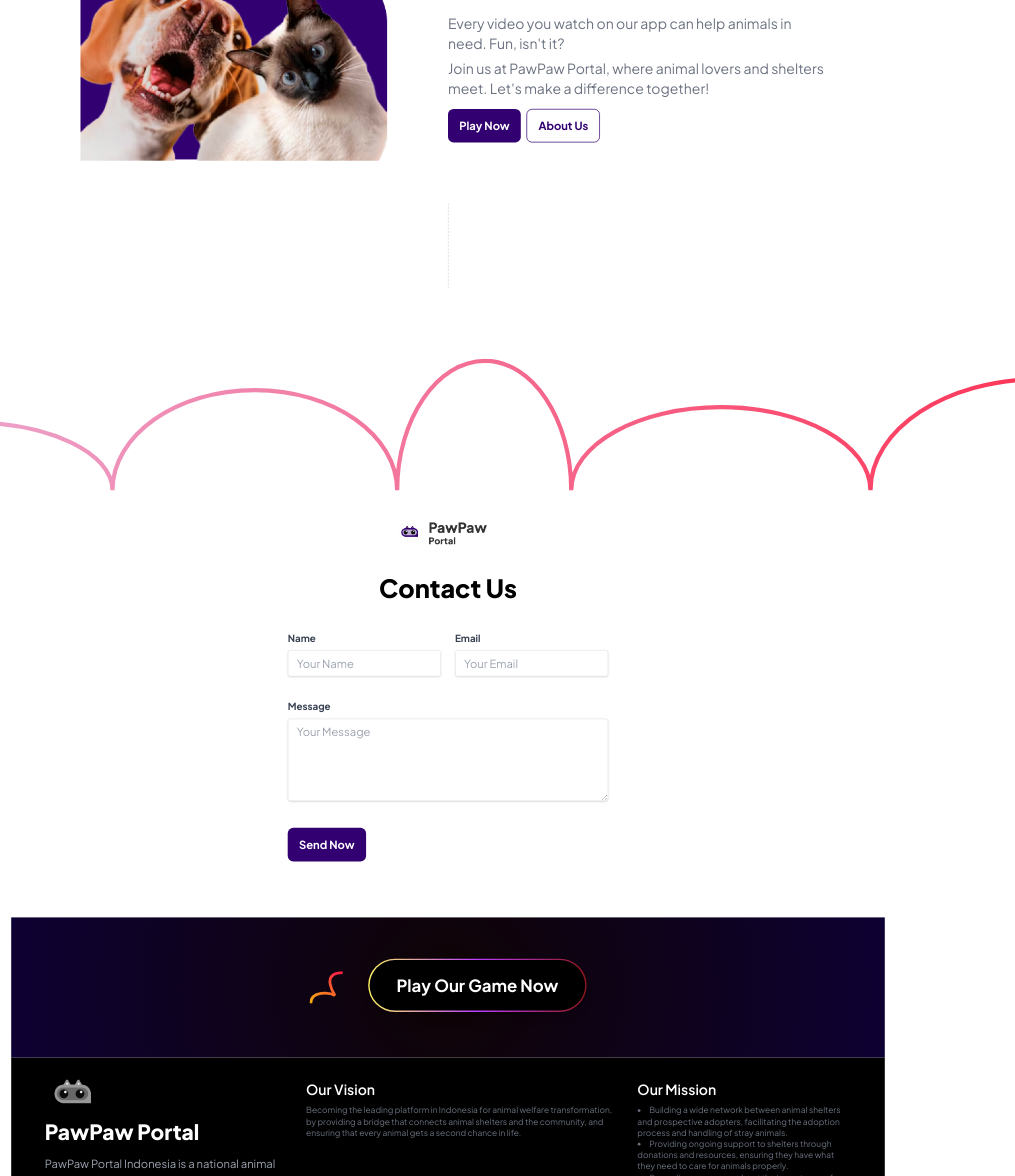
Repository: paskasiregar/pawpawwebsite
Page: /
These files come from the project's save history. The page is drawn as it stood at one moment and after the next save; the edit follows.
The browser window is 1280 px wide. The page is 1450 px wide, so the pictures cover 1450 px, including what lies to the right of the window. The pictures show the part of the page from y = 1332 to 3012 px (the page is 3210 px tall), at 70% of full size.
The project was rebuilt for these pictures with package versions that can differ from the ones it lists, and the page was loaded fresh each time. The framework's server and built-in components were replaced by stand-ins that run in the browser. Also part of the build but not shown: next.config.js, next.config.mjs.

Above is the page before, as saved 2024-07-31 20:09:03.

### src/app/layout.js
import { Inter } from "next/font/google";
import "./globals.css";

const inter = Inter({ subsets: ["latin"] });

export const metadata = {
  title: "PawPaw Portal | Your One-Stop Shelter",
  description: "Your One-Stop Shelter",
};

export default function RootLayout({ children }) {
  return (
    <html lang="en">
      <body className={inter.className}>{children}</body>
    </html>
  );
}

### src/app/globals.css
@import url("https://fonts.googleapis.com/css2?family=Plus+Jakarta+Sans:wght@400;600;700;800&display=swap");

@tailwind base;
@tailwind components;
@tailwind utilities;

body {
  font-family: "Plus Jakarta Sans", sans-serif;
}

.hero-bg {
  display: flex;
  background: radial-gradient(
    circle,
    rgb(204, 188, 230) 10%,
    rgb(255, 255, 255) 50%
  );
}

.cta-container {
  display: flex;
  justify-content: center;
  align-items: center;
  position: relative;
  background: radial-gradient(circle, rgb(14, 4, 4) 0%, rgb(14, 1, 51) 100%);
  padding: 20px;
  gap: 20px;
  min-height: 200px;
}

.cta-button {
  display: inline-block;
  padding: 20px 40px;
  font-size: 24px;
  font-weight: bold;
  color: white;
  background: black;
  border-radius: 40px;
  position: relative;
  z-index: 1;
  overflow: hidden;
  transition: all 0.3s ease;
  text-align: center;
}

.cta-button::before {
  content: "";
  position: absolute;
  top: -2px;
  left: -2px;
  right: -2px;
  bottom: -2px;
  background: linear-gradient(
    90deg,
    rgb(255, 244, 97) 0%,
    rgb(187, 61, 255) 50%,
    rgb(142, 23, 23) 100%
  );
  z-index: -1;
  border-radius: inherit;
}

.cta-button::after {
  content: "";
  position: absolute;
  top: 2px;
  left: 2px;
  right: 2px;
  bottom: 2px;
  background: black;
  z-index: -1;
  border-radius: inherit;
}

.cta-button:hover {
  color: rgb(237, 246, 133);
  background: white;
}

.footer-bg {
  background: radial-gradient(circle, rgb(14, 4, 4) 0%, rgb(14, 1, 51) 100%);
  color: white;
  text-align: center;
  padding: 20px;
}

.centeredcontainer {
  width: 100vw;
  height: auto;
}

.main-container {
  width: 100%;
  max-width: 1200px;
  margin: 0 auto;
  padding: 0 20px;
}
.header-content {
  display: flex;
  flex-direction: row;
  align-items: center;
  justify-content: space-between;
}

.header-logo-button {
  display: flex;
  flex-direction: row;
  align-items: center;
  gap: 16px; /* Adjust spacing as needed */
}

html {
  scroll-behavior: smooth;
}

### src/components/contact.jsx
import React from "react";
import PrimaryButton from "@/components/primaryButton";
import NameInput from "./nameInput";
import EmailInput from "./emailInput";
import MessageInput from "./mesageInput";
import Image from "next/image";
import logoHeaderImage from "../assets/banner-10.png";

export const Contact = () => {
  return (
    <div className="font-plus-jakarta flex flex-col items-center justify-center py-16 px-4 md:px-[200px] gap-[40px] text-29xl">
      <div className="flex justify-start items-start">
        <svg
          width="1620"
          height="188"
          viewBox="0 0 1620 188"
          fill="none"
          xmlns="http://www.w3.org/2000/svg"
        >
          <path
            d="M1891 188C1891 100.375 1784.67 29.342 1653.5 29.342C1522.34 29.342 1413.53 100.375 1413.53 188C1413.53 122.37 1317.84 69.158 1199.78 69.158C1081.72 69.158 986.029 122.362 986.029 188C986.029 85.8274 930.825 3 862.735 3C794.645 3 737.369 85.8274 737.369 188C737.369 108.853 646.33 44.6865 534.029 44.6865C421.728 44.6865 330.689 108.853 330.689 188C330.689 134.381 239.649 90.9105 127.349 90.9105C15.0481 90.9105 -76 134.381 -76 188"
            stroke="url(#paint0_linear_545_35799)"
            strokeWidth="6"
            strokeMiterlimit="10"
            strokeLinejoin="bevel"
          />
          <defs>
            <linearGradient
              id="paint0_linear_545_35799"
              x1="-84.5283"
              y1="91.1699"
              x2="1899.52"
              y2="91.1699"
              gradientUnits="userSpaceOnUse"
            >
              <stop offset="0.0224" stopColor="#EBADD7" />
              <stop offset="1" stopColor="#FF2445" />
            </linearGradient>
          </defs>
        </svg>
      </div>
      <Image
        className="w-36 h-10 object-cover"
        alt="Logo"
        src={logoHeaderImage}
        width={120}
        height={20}
      />
      <div className="text-4xl font-extrabold">Contact Us</div>
      <form
        method="post"
        action="https://app.loops.so/api/newsletter-form/YOUR_FORM_ENDPOINT"
      >
        <div className="w-full flex flex-col items-start gap-[16px] text-base text-light-l800 font-regular-reg-2">
          <div className="w-full flex flex-col md:flex-row gap-[20px]">
            <div className="w-full md:w-1/2">
              <label
                htmlFor="name"
                className="block text-sm font-medium text-gray-700"
              ></label>
              <NameInput className="w-full" id="name" name="name" />
            </div>
            <div className="w-full md:w-1/2">
              <label
                htmlFor="email"
                className="block text-sm font-medium text-gray-700"
              ></label>
              <EmailInput className="w-full" id="email" name="email" />
            </div>
          </div>
          <div className="w-full">
            <label
              htmlFor="message"
              className="block text-sm font-medium text-gray-700"
            ></label>
            <MessageInput className="w-full" id="message" name="message" />
          </div>
        </div>
        <div className="mt-4">
          <PrimaryButton type="submit">Send Now</PrimaryButton>
        </div>
      </form>
    </div>
  );
};

export default Contact;

### src/components/divider.jsx
export const Divider = () => {
  return (
    <div className="self-stretch h-[195px] flex flex-row items-center justify-center py-16 px-[130px] box-border">
      <div className="w-px relative box-border h-[121px] border-r-[1px] border-dashed border-gray-300" />
    </div>
  );
};

### src/components/header.jsx
import Link from "next/link";
import PrimaryButton from "@/components/primaryButton";
import React from "react";
import Image from "next/image";
import logoHeaderImage from "../assets/banner-10.png";

export const Header = () => {
  return (
    <div className="font-plus-jakarta w-full flex flex-col items-center justify-center text-left text-gray-500">
      <div className="self-stretch bg-white flex flex-col items-center justify-center text-sm">
        <div className="w-full header-content p-2.5 box-border">
          <Link href="/">
            <Image
              className="w-36 h-10 object-cover"
              alt="Logo"
              src={logoHeaderImage}
              width={120}
              height={20}
            />
          </Link>
          <div className="hidden md:flex flex-row items-center justify-center gap-8">
            <div>
              <Link href="#how-it-works">How It Works</Link>
            </div>
            <div>
              <Link href="#about-us">About Us</Link>
            </div>
          </div>
          <div className="header-logo-button">
            <PrimaryButton>Be Our Hero Today!</PrimaryButton>
          </div>
        </div>
      </div>
    </div>
  );
};

export default Header;

### src/components/CTA.jsx
import React from "react";
import Link from "next/link";

const CTA = () => {
  return (
    <div className="cta-container font-plus-jakarta p-4 md:p-8 flex flex-col md:flex-row items-center justify-center">
      <svg
        className="cta-decoration mb-4 md:mb-0 md:mr-4"
        width="48"
        height="46"
        viewBox="0 0 48 46"
        fill="none"
        xmlns="http://www.w3.org/2000/svg"
      >
        <path
          d="M2 46C2 27.296 29.551 30.0086 36.5736 34.5625C36.5736 34.5625 14.4611 2 47.5714 2"
          stroke="url(#cta_gradient)"
          strokeWidth="3.92857"
          strokeMiterlimit="10"
          strokeLinejoin="bevel"
        />
        <defs>
          <linearGradient
            id="cta_gradient"
            x1="37.3571"
            y1="2"
            x2="7.5"
            y2="46"
            gradientUnits="userSpaceOnUse"
          >
            <stop stopColor="#FF2445" />
            <stop offset="1" stopColor="#F5AB0E" />
          </linearGradient>
        </defs>
      </svg>
      <Link href="/game">
        <div className="cta-button text-center bg-gradient-to-r from-orange-500 to-pink-500 text-white font-bold py-2 px-4 rounded-lg shadow-lg cursor-pointer">
          Play Our Game Now
        </div>
      </Link>
    </div>
  );
};

export default CTA;

### src/components/primaryButton.jsx
import React from "react";

const PrimaryButton = ({ children, onClick }) => {
  return (
    <button
      className="self-stretch  bg-inherit-320071 hover:bg-blue-700 text-white font-bold px-4 py-3 rounded-lg"
      onClick={onClick}
    >
      {children}
    </button>
  );
};

export default PrimaryButton;

### src/components/secButton.jsx
import React from "react";

const SecButton = ({ children, onClick }) => {
  return (
    <button
      className="bg-white border border-inherit-320071 text-inherit-320071 font-bold py-2 px-4 rounded-lg"
      onClick={onClick}
    >
      {children}
    </button>
  );
};

export default SecButton;

### src/components/nameInput.jsx
import React from "react";

const NameInput = ({ value, onChange }) => {
  return (
    <div className="mb-4">
      <label
        className="block text-gray-700 text-sm font-bold mb-2"
        htmlFor="name"
      >
        Name
      </label>
      <input
        id="name"
        type="text"
        value={value}
        onChange={onChange}
        className="shadow appearance-none border rounded w-full py-2 px-3 text-gray-700 leading-tight focus:outline-none focus:shadow-outline"
        placeholder="Your Name"
      />
    </div>
  );
};

export default NameInput;

### src/components/emailInput.jsx
import React from "react";

const EmailInput = ({ value, onChange }) => {
  return (
    <div className="mb-4">
      <label
        className="block text-gray-700 text-sm font-bold mb-2"
        htmlFor="email"
      >
        Email
      </label>
      <input
        id="email"
        type="email"
        value={value}
        onChange={onChange}
        className="shadow appearance-none border rounded w-full py-2 px-3 text-gray-700 leading-tight focus:outline-none focus:shadow-outline"
        placeholder="Your Email"
      />
    </div>
  );
};

export default EmailInput;

### src/components/mesageInput.jsx
import React from "react";

const MessageInput = ({ value, onChange }) => {
  return (
    <div className="mb-4">
      <label
        className="block text-gray-700 text-sm font-bold mb-2"
        htmlFor="message"
      >
        Message
      </label>
      <textarea
        id="message"
        value={value}
        onChange={onChange}
        className="shadow appearance-none border rounded w-full py-2 px-3 text-gray-700 leading-tight focus:outline-none focus:shadow-outline"
        placeholder="Your Message"
        rows="5"
      />
    </div>
  );
};

export default MessageInput;

Loaded but not shown: src/app/page.js (128 lines, source omitted); tailwind.config.js (24 lines, source omitted); src/components/hero.jsx (211 lines, source omitted); src/components/footer.jsx (167 lines, source omitted)

After the next save:
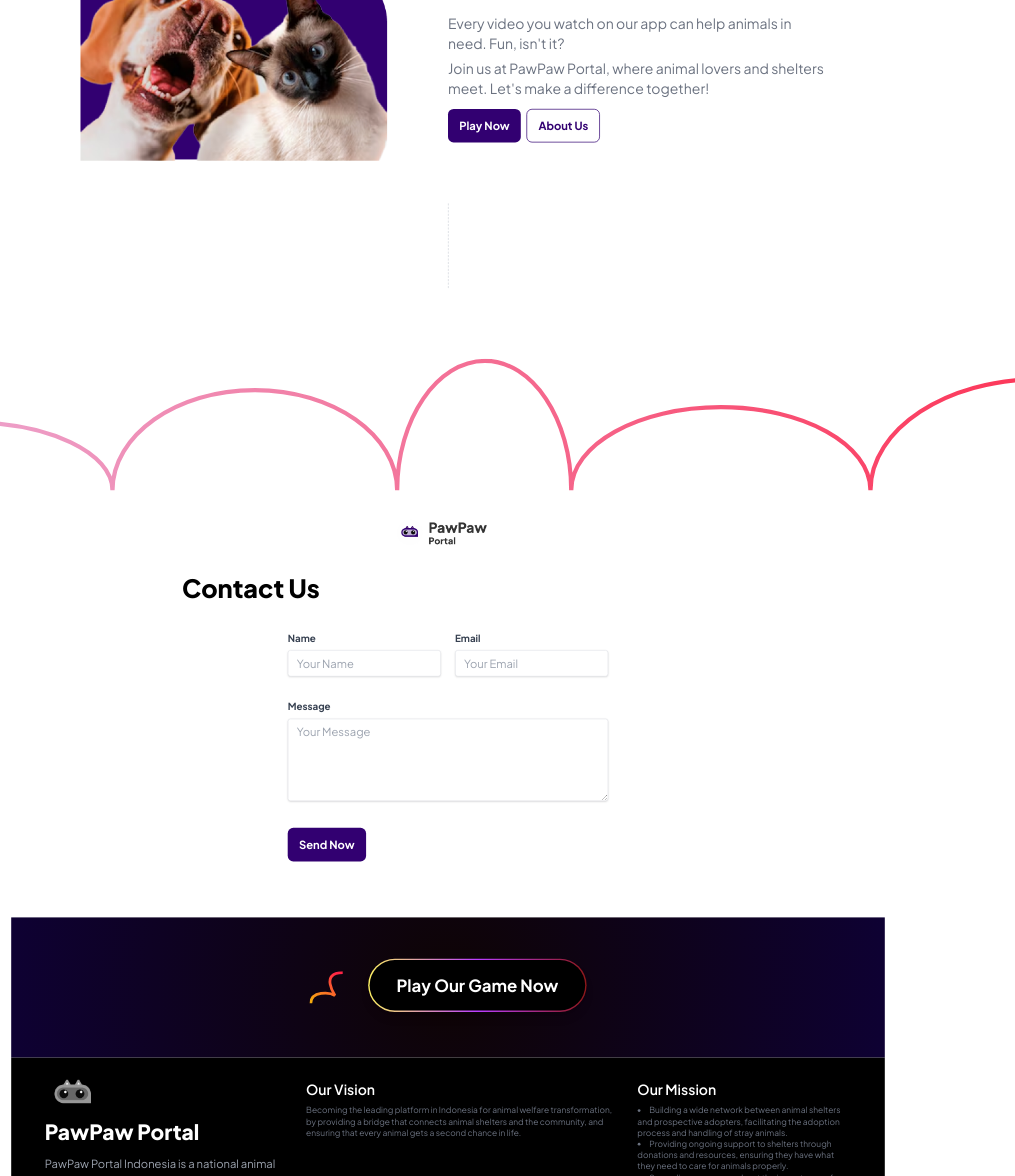
Saved 64 s later.
--- a/src/components/contact.jsx
+++ b/src/components/contact.jsx
@@ -46,7 +46,7 @@
         width={120}
         height={20}
       />
-      <div className="text-4xl font-extrabold">Contact Us</div>
+      <div className="text-4xl font-extrabold w-full">Contact Us</div>
       <form
         method="post"
         action="https://app.loops.so/api/newsletter-form/YOUR_FORM_ENDPOINT"

After the save that followed:
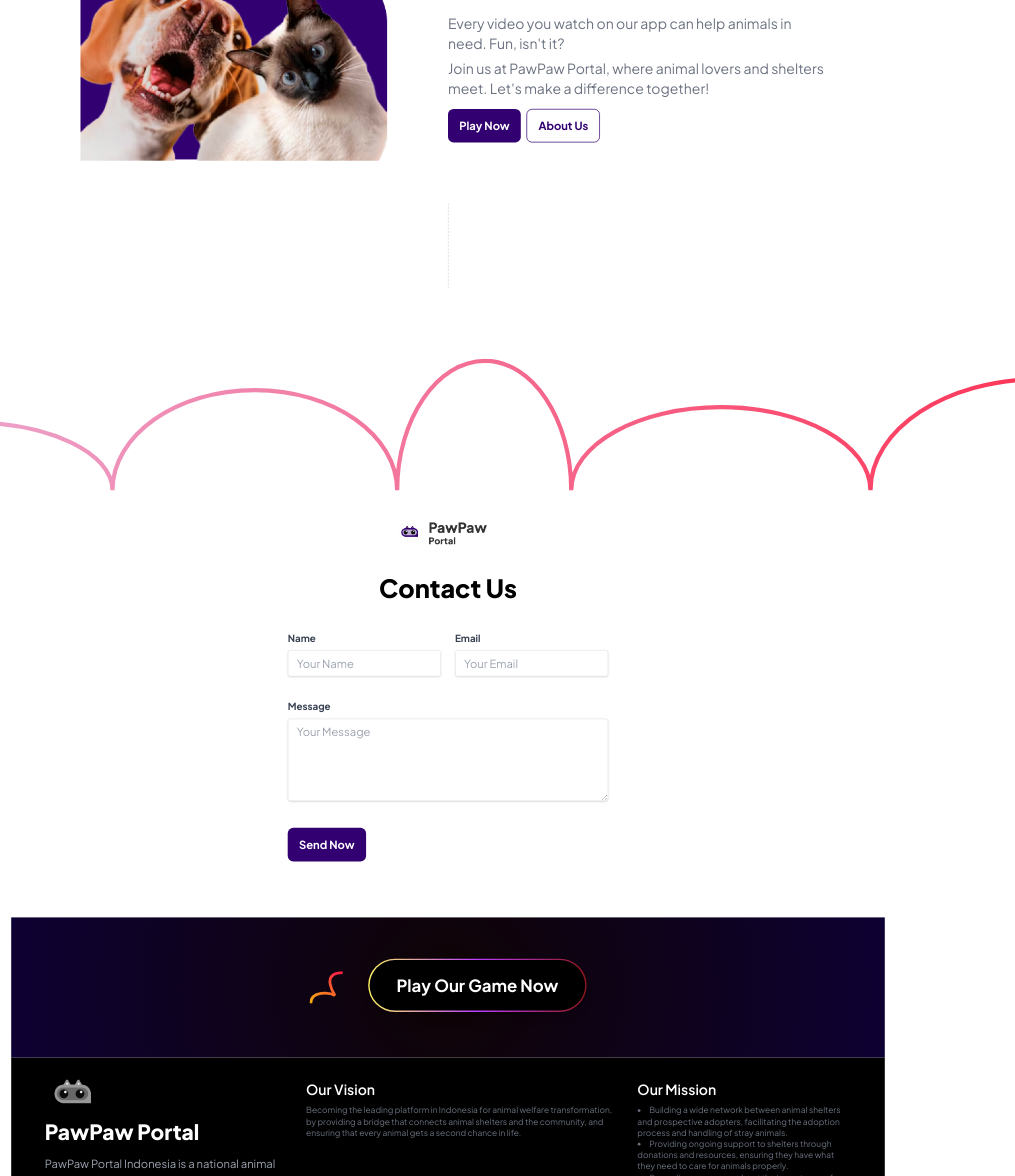
Saved 5 s later.
--- a/src/components/contact.jsx
+++ b/src/components/contact.jsx
@@ -46,7 +46,7 @@
         width={120}
         height={20}
       />
-      <div className="text-4xl font-extrabold w-full">Contact Us</div>
+      <div className="text-4xl font-extrabold">Contact Us</div>
       <form
         method="post"
         action="https://app.loops.so/api/newsletter-form/YOUR_FORM_ENDPOINT"
